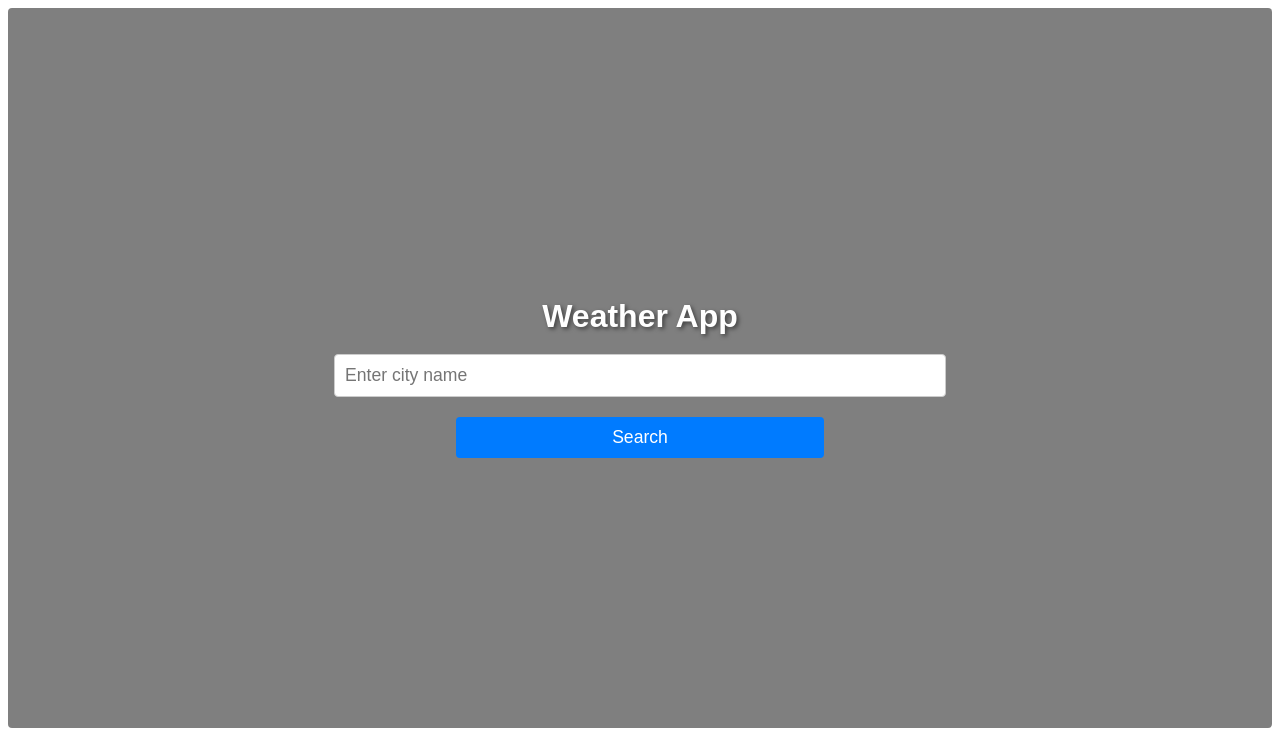
Repository: nashon11/SkyView-Weather-App
Page: index.html
An editor plug-in stored every save of this project. The page is shown before and after a run of saves, followed by the edit.
The browser window is 1280 px wide. The pictures show the whole page.

Above is the page before, as saved 2024-03-05 20:22:35.

### index.html
<!DOCTYPE html>
<html lang="en">
<head>
    <meta charset="UTF-8">
    <meta name="viewport" content="width=device-width, initial-scale=1.0">
    <title>Weather App</title>
    <link rel="stylesheet" href="styles.css">
</head>
<body>
    <div id="weather-app">
        <h1>Weather App</h1>
        <div class="input-container">
            <input type="text" id="city-input" placeholder="Enter city name">
        </div>
        <button id="search-btn">Search</button>
    </div>

    <script src="index.js"></script>
</body>
</html>

### styles.css
body {
    font-family: Arial, sans-serif;
    background-size: cover;
    background-position: center;
    transition: background-image 0.5s ease;
}

#weather-app {
    display: flex;
    flex-direction: column;
    align-items: center;
    justify-content: center;
    height: 100vh;
    padding: 20px;
    box-sizing: border-box;
    background-color: rgba(0, 0, 0, 0.5);
    border-radius: 4px;
}

h1 {
    color: #fff;
    text-shadow: 2px 2px 4px rgba(0, 0, 0, 0.5);
    margin-bottom: 20px;
    font-size: 2rem;
    line-height: 1.1;
}

.input-container {
    display: flex;
    align-items: center;
    justify-content: center;
    width: 100%;
    margin-bottom: 20px;
}

input[type="text"] {
    width: 50%;
    padding: 10px;
    font-size: 1.1rem;
    border: 1px solid #ccc;
    border-radius: 4px;
    box-sizing: border-box;
}

button {
    width: 30%;
    padding: 10px;
    font-size: 1.1rem;
    background-color: #007bff;
    color: #fff;
    border: none;
    border-radius: 4px;
    cursor: pointer;
    transition: background-color 0.3s ease;
}

button:hover {
    background-color: #0062cc;
}

### index.js
const apiKey = "7cbaf9080584e93d756d1e93ba5c46c8";

// Function to fetch weather data from API
const fetchWeatherData = async (city) => {
    try {
        const response = await fetch(`https://api.openweathermap.org/data/2.5/weather?q=${city}&appid=${apiKey}`);
        const data = await response.json();
        processWeatherData(data);
    } catch (error) {
        console.error("Error fetching weather data:", error);
        // Add error handling here
    }
};

// Function to process weather data and update the UI
const processWeatherData = (data) => {
    // Update background image based on weather condition
    updateBackground(data.weather[0].main);
    // Add code to update UI with weather data
};

// Function to update background image based on weather condition
const updateBackground = (weatherCondition) => {
    const body = document.querySelector("body");
    const backgroundImage = getBackgroundImage(weatherCondition);
    body.style.backgroundImage = `url("${backgroundImage}")`;
};

// Function to get the background image path based on weather condition
const getBackgroundImage = (weatherCondition) => {
    switch (weatherCondition) {
        case "Clear":
            return "clear.jpg";
        case "Clouds":
            return "cloudy.jpg";
        // Add cases for other weather conditions
        default:
            return "default.jpg";
    }
};

// Event listener for the search button
document.getElementById("search-btn").addEventListener("click", () => {
    const city = document.getElementById("city-input").value;
    fetchWeatherData(city);
});

After the next 2 saves:
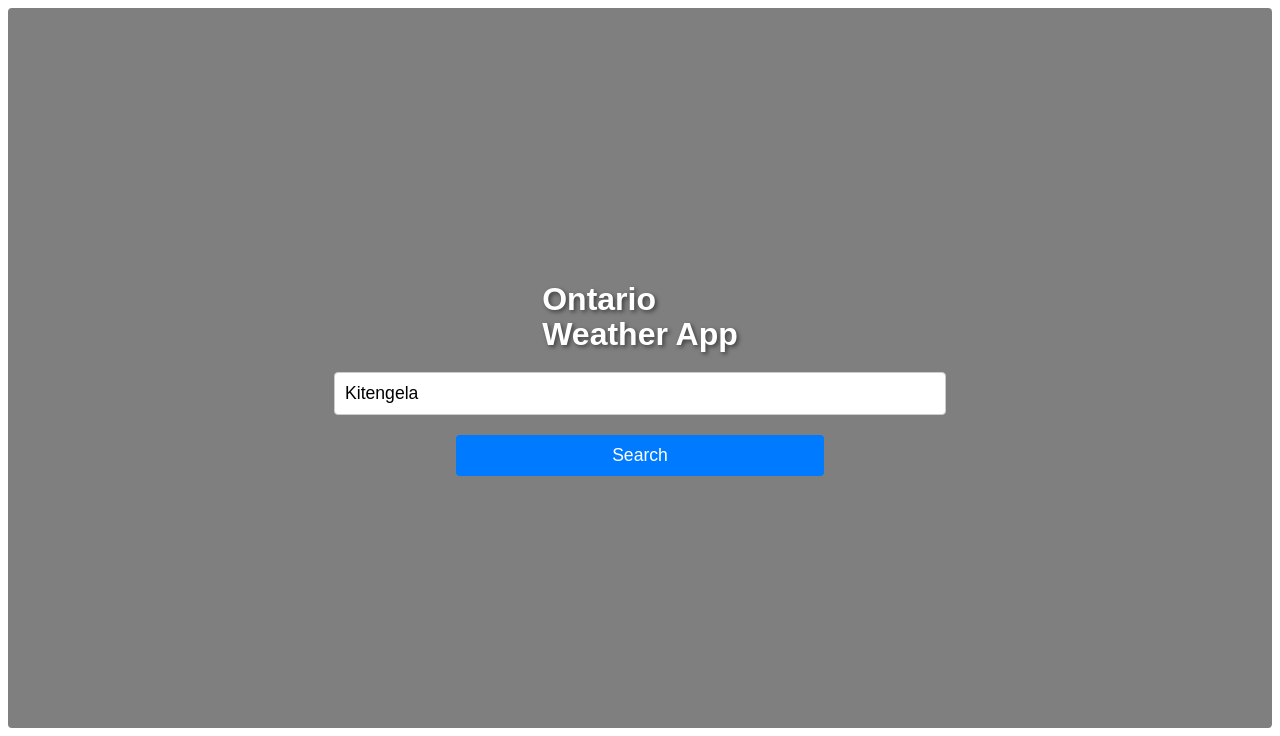
The 2 saves are shown as one change because they came seconds apart.
The last was saved 25 s later.
--- a/index.html
+++ b/index.html
@@ -8,11 +8,11 @@
 </head>
 <body>
     <div id="weather-app">
-        <h1>Weather App</h1>
+        <h1>Ontario<br>Weather App</h1>
         <div class="input-container">
-            <input type="text" id="city-input" placeholder="Enter city name">
+            <input type="text" id="city-input" placeholder="Search Ontario Weather App" value="Kitengela">
         </div>
-        <button id="search-btn">Search</button>
+        <button id="search-btn" onclick="fetchWeatherData('Kitengela')">Search</button>
     </div>
 
     <script src="index.js"></script>
